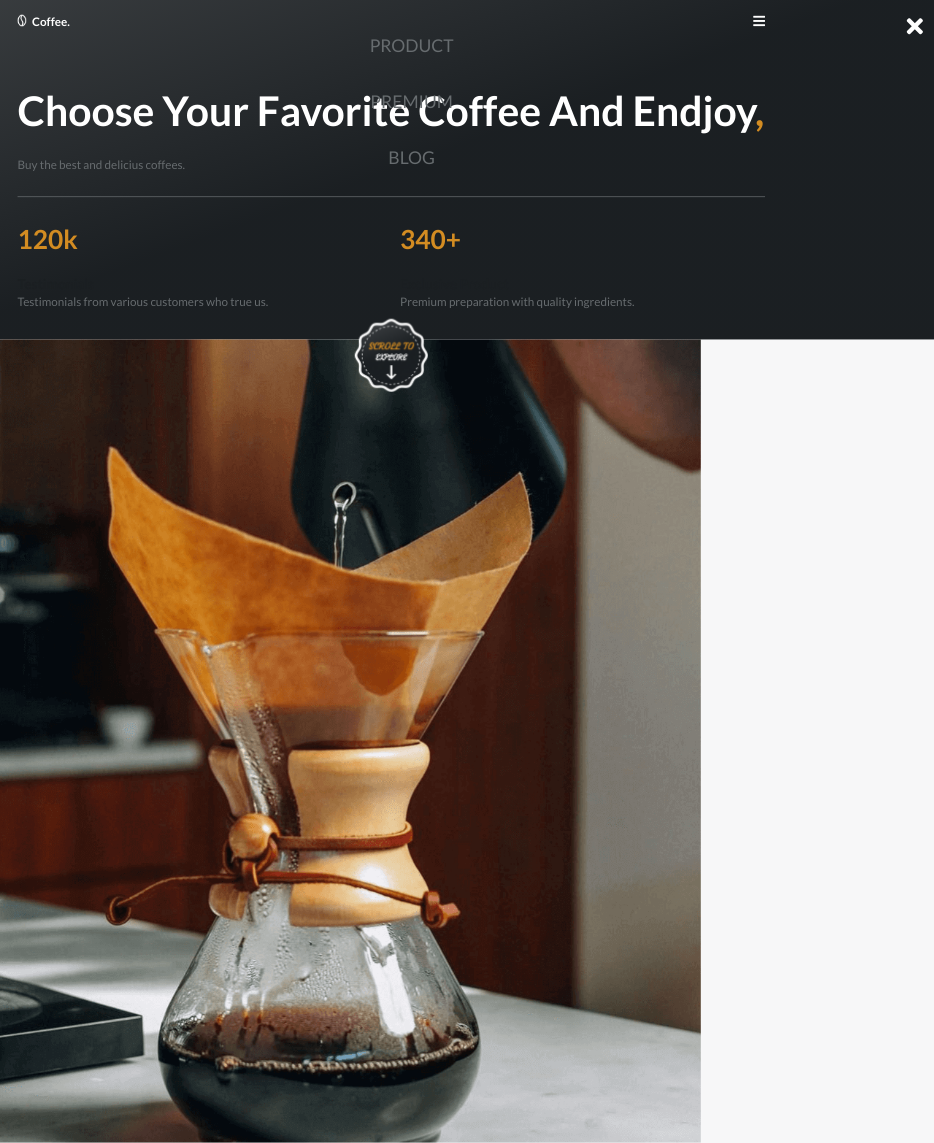
Repository: Nguyenductuan-dev/Website-coffee
Page: index.html
These files come from the project's save history. The page is drawn as it stood at one moment and after the next save; the edit follows.
The browser window is 1280 px wide. The pictures show the whole page, at 73% of full size.

Above is the page before, as saved 2022-04-03 17:13:32.

After the next save:
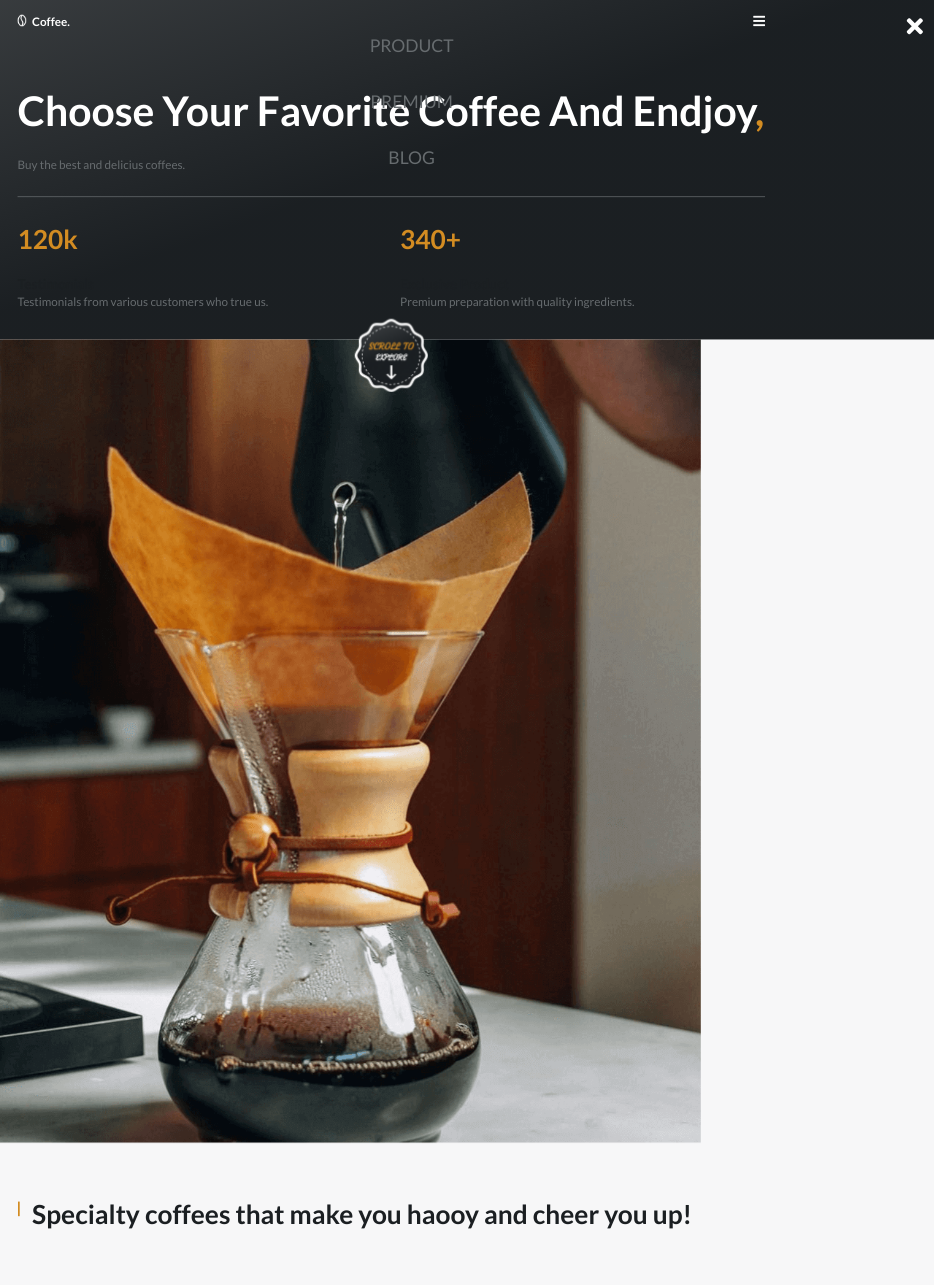
Saved 7 min 5 s later.
--- a/index.html
+++ b/index.html
@@ -88,6 +88,17 @@
 
             <img src="assets/imgs/home.png" alt="" class="home__img">
         </section>
+
+        <!-- ======================== SPECIALTY ============================= -->
+        <div class="specialty section container" id="specialty">
+            <div class="specialty__container">
+                <div class="specialty__box">
+                    <h2 class="section__title">
+                        Specialty coffees that make you haooy and cheer you up!
+                    </h2>
+                </div>
+            </div>
+        </div>
     </main>
 
 
